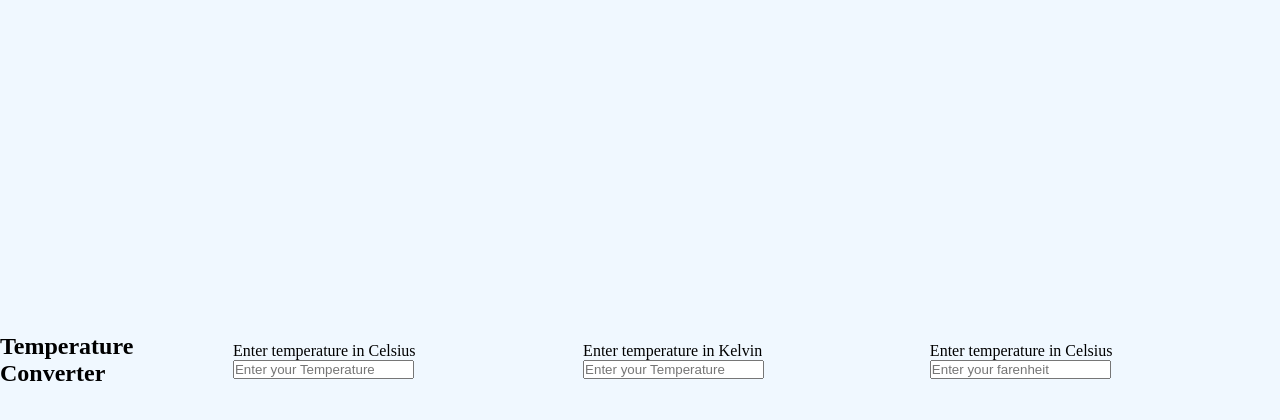
Repository: JunaidAnsari202/Temperature-Converter
Page: index.html
These files come from the project's save history. The page is drawn as it stood at one moment and after a run of saves; the edit follows.
The browser window is 1280 px wide. The pictures show the whole page.

Above is the page before, as saved 2024-10-16 11:05:13.
Not found: script,js

### index.html
<!DOCTYPE html>
<html lang="en">
<head>
    <meta charset="UTF-8">
    <meta name="viewport" content="width=device-width, initial-scale=1.0">
    <title>Temperatue converter</title>
    <link rel="stylesheet" href="style.css">
</head>
<body>
  <div class="container">
    <div class="header">
        <h2>Temperature Converter</h2>
    </div>
  </div>
  <div class="input1">
    <label for="input1">  Enter temperature in Celsius </label>
    <input type="number" id="calsius" placeholder="Enter your Temperature">
  </div>
  <div class="input2">
    <label for="input2">  Enter temperature in Kelvin </label>
    <input type="number" id="kelvin" placeholder="Enter your Temperature">
  </div>
  <div class="input3">
    <label for="input3">  Enter temperature in Celsius </label>
    <input type="number" id="farenheit" placeholder="Enter your farenheit">
  </div>
    <script src="script,js"></script>
</body>
</html>

### style.css
*{
    margin: 0;
    padding: 0;
    box-sizing: border-box;
}

body{
    background-color: aliceblue;
    display: flex;
    justify-content: center;
    align-items: center;
    height: 100vh;
}

After the next 16 saves:
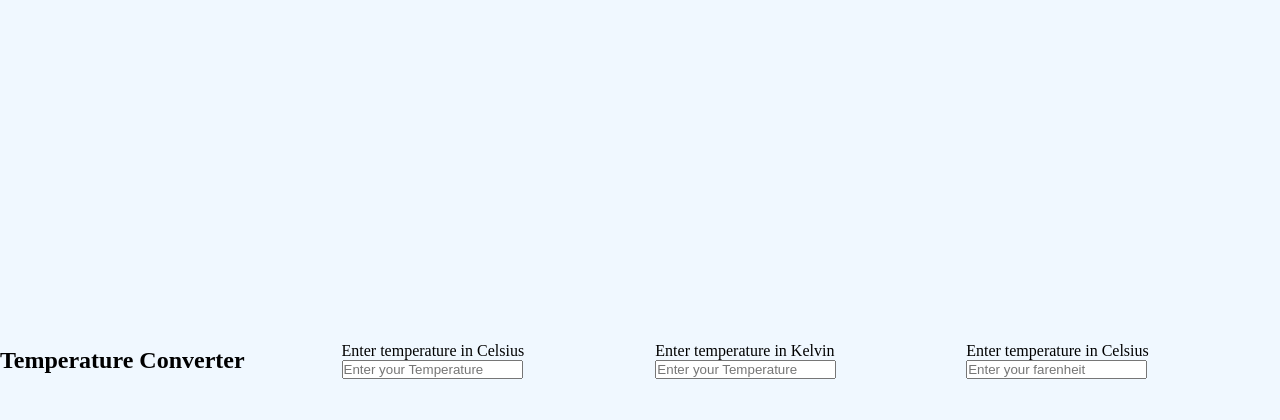
The 16 saves are shown as one change because they came seconds apart.
The last was saved 36 s later.
--- a/style.css
+++ b/style.css
@@ -11,3 +11,7 @@ body{
     align-items: center;
     height: 100vh;
 }
+
+.container{
+    width: 400px;
+}
